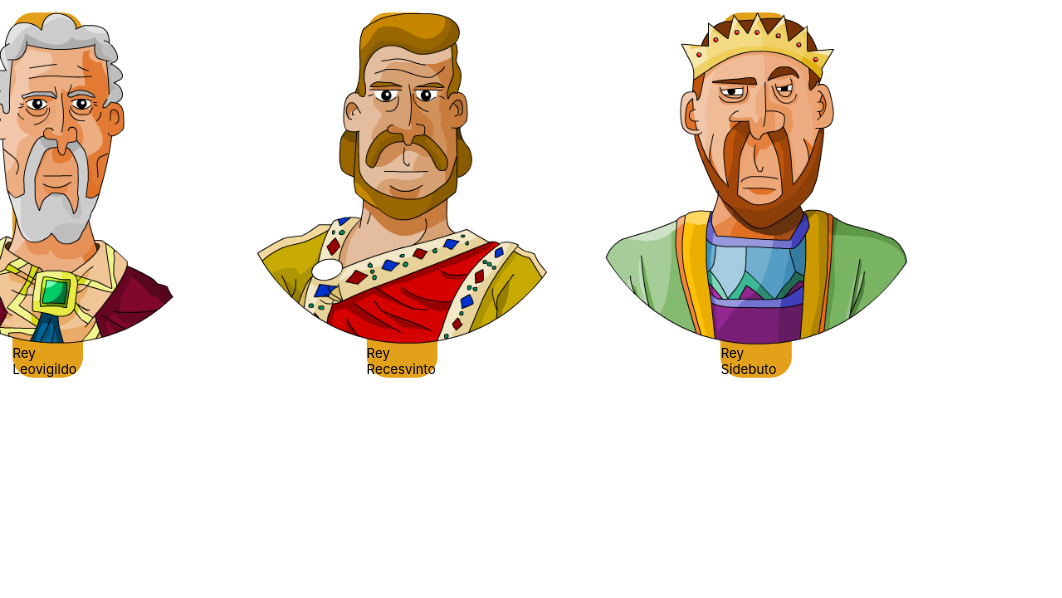
Repository: abgdev1997/ejercicios-react
Page: /
The author's editor kept a copy of each file at every save. The page is drawn from the files as they stood at one save, then again after the next save.
The browser window is 1280 px wide. The pictures show the whole page, at 83% of full size.
The project was rebuilt for these pictures with package versions that can differ from the ones it lists, and the page was loaded fresh each time.

Above is the page before, as saved 2022-02-22 09:49:58.

### src/App.js
import './App.css';
import leovigildo from './rey_leogivildo.png';
import recesvinto from './rey_recesvinto.png';
import sisebuto from './rey_sisebuto.png';

function App() {
  return (
    <div className="App">
      <div className='img'>
        <img alt='Rey Leovigildo' src={leovigildo} />
        <span>Rey Leovigildo</span>
      </div>
      <div className='img'>
        <img alt='Rey Recesvinto' src={recesvinto} />
        <span>Rey Recesvinto</span>
      </div>
      <div className='img'>
        <img alt='Rey Sisebuto' src={sisebuto} />
        <span>Rey Sidebuto</span>
      </div>
    </div>
  );
}

export default App;

### src/App.css
.App{
  display: grid;
  grid-template-columns: repeat(3, 1fr);
  align-items:center;
}

.img{
  background-color:#E3A11B;
  border-radius: 25px;
  display:flex;
  flex-direction: column;
  align-items:center;
  width: 20%;
  margin: 15px;
}

Loaded but not shown: public/index.html (common file); src/index.js (common file); src/index.css (common file)

After the next save:
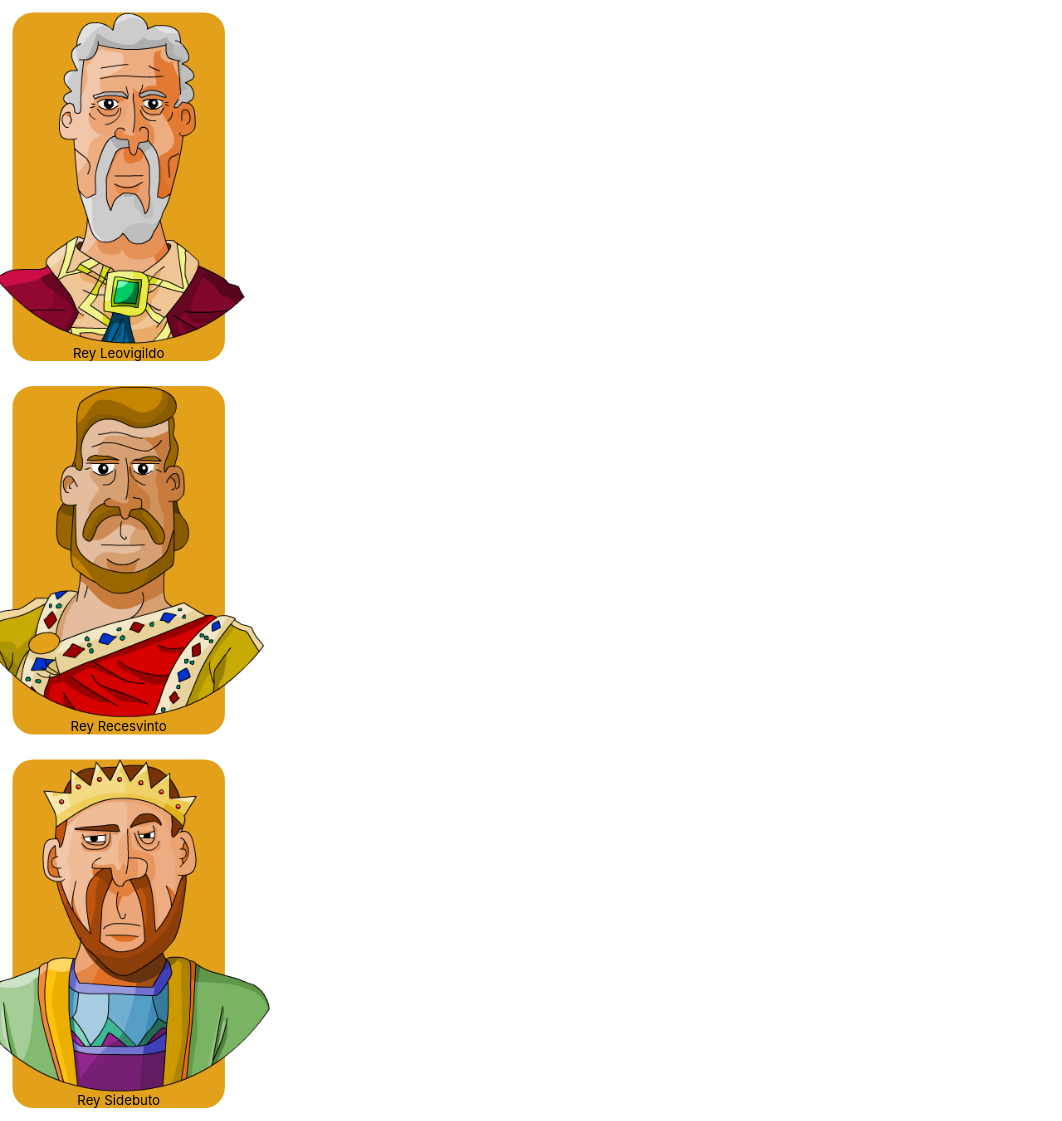
Saved 12 s later.
--- a/src/App.css
+++ b/src/App.css
@@ -1,7 +1,5 @@
 .App{
   display: grid;
-  grid-template-columns: repeat(3, 1fr);
-  align-items:center;
 }
 
 .img{
